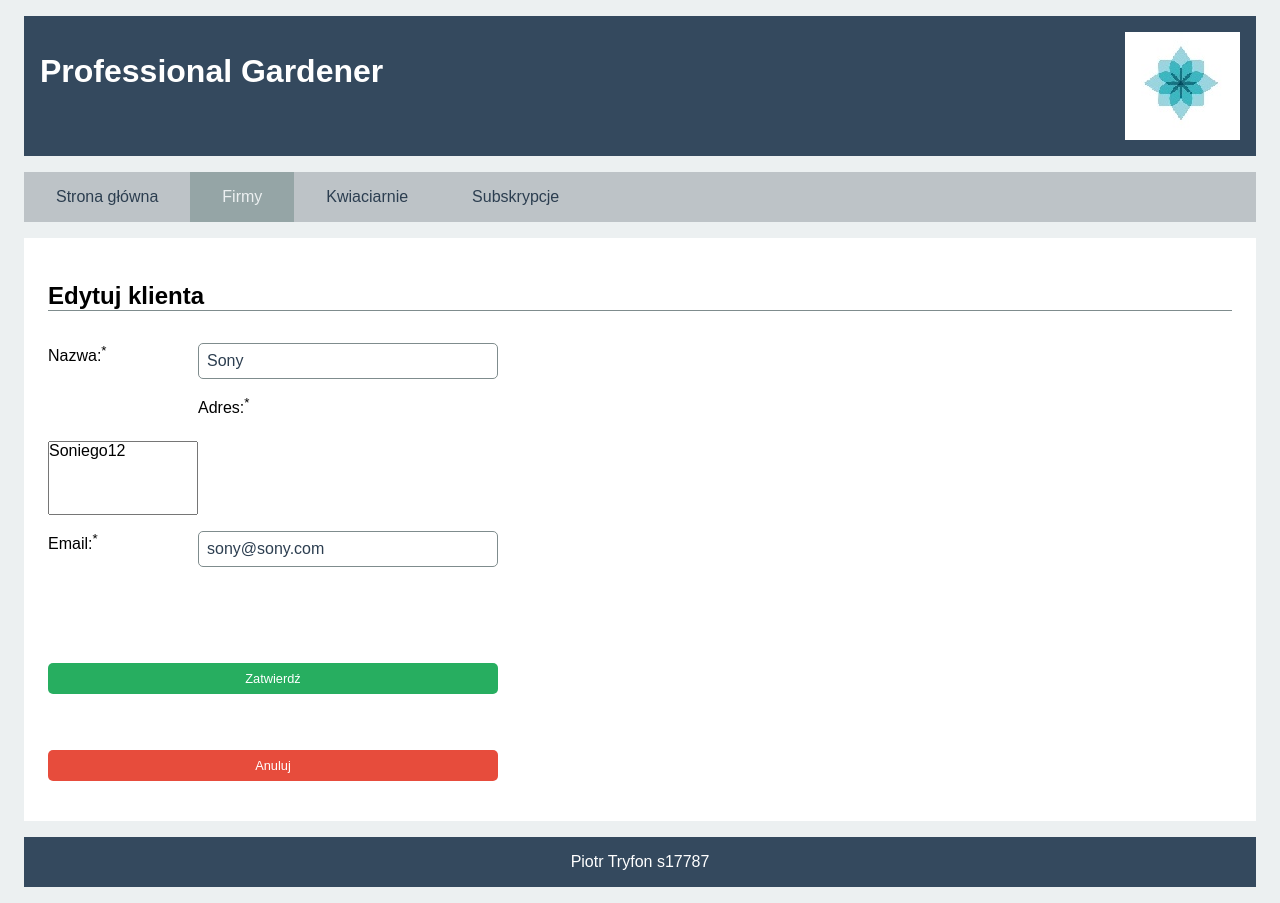
Repository: s17787/TIN
Page: tin_zaoczne_12_s17787_html-css/pages/client-edit.html
These files come from the project's save history. The page is drawn as it stood at one moment and after the next save; the edit follows.
The browser window is 1280 px wide. The pictures show the whole page.

Above is the page before, as saved 2021-01-06 08:19:43.

### tin_zaoczne_12_s17787_html-css/pages/client-edit.html
<!DOCTYPE html>
<html lang="pl-PL">
<head>
    <meta charset="UTF-8">
    <meta name="viewport" content="width=device-width, initial-scale=1.0">
    <title>Professional Gardener</title>
    <link rel="stylesheet" href="../css/style.css" type="text/css"/>
</head>
<body>
    <header>
        <h1>Professional Gardener</h1>
        <img src="../images/logo.jpg" alt="Professional Gardener">
    </header>
    <nav>
        <ul>
            <li><a href="../index.html" >Strona główna</a></li>
            <li><a href="client-list.html" class="active">Firmy</a></li>
            <li><a href="florist-list.html" >Kwiaciarnie</a></li>
            <li><a href="subscription-list.html" >Subskrypcje</a></li>
        </ul>
    </nav>
    <main>
        <h2>Edytuj klienta</h2>
        <form class="form">
            <!--<div class="form-group">-->
                <label for="Name">Nazwa:<sup>*</sup></label>
                <input type="text" name="Name" id="Name" value="Sony"/>
                <span id="errorName" class="errors-text"></span>
            <!--</div>-->
            <!--<div class="form-group">-->
                <label for="Adres">Adres:<sup>*</sup></label>
                <textarea type="text" name="Adres" id="Adres" rows="4" cols="10" style="resize: none;">Soniego12</textarea>
                <span id="errorAddress" class="errors-text"></span>
            <!--</div>-->
            <!--<div class="form-group">-->
                <label for="email">Email:<sup>*</sup></label>
                <input type="email" name="email" id="email" value="sony@sony.com"/>
                <span id="errorEmail" class="errors-text"></span>
            <!--</div>-->
            <!--<div class="form-group">-->
                <p id="errorsSummary" class="errors-text"></p>
                <p><a href="client-details.html" class="form-button-submit" >Zatwierdź</a></p>
                <p><a href="client-details.html" class="form-button-cancel" >Anuluj</a></p>
            <!--</div>-->
        </form>
    </main>
    <footer>
        Piotr Tryfon s17787
    </footer>
</body>
</html>

### tin_zaoczne_12_s17787_html-css/css/style.css
html {
    background-color: #ecf0f1;
    font-family: sans-serif;
}

body {
    min-width: 360px;
  }

header,
main,
footer {
    background-color: white;
}

header,
main,
footer,
nav {
    margin: 1rem;
}

header,
footer {
    background-color: #34495e;
    color: white;
    padding: 1rem;
}

header {
    display: flex;
    justify-content: space-between;
}

nav {
    background-color: #bdc3c7;
}

nav ul {
    display: flex;
    padding: 0;
    list-style-type: none;
}

nav ul li a {
    display: inline-block;
    color: #2c3e50;
    padding: 1rem 2rem;
    text-decoration: none;
}

nav ul li a:hover {
    background-color: #d35400;
    color: #ecf0f1;
}

nav ul li a.active {
    background-color: #95a5a6;
    color: #ecf0f1;
}

main {
    padding: 1.5rem;
}

footer {
    text-align: center;
}

main h2 {
    border-bottom: 1px solid #7f8c8d;
    margin-bottom: 2rem;
}

.table-list {
    border-collapse: collapse;
    color:#2c3e50;
    width: 100%;
}

.table-list,
.table-list th,
.table-list td {
    border: 1px solid #bdc3c7;
}

.table-list th,
.table-list td {
    padding: 0.5rem;
}

.table-list th,
.table-list tbody tr:nth-child(even) {
    background-color: #ecf0f1;
}

.list-actions {
    margin: 0;
    text-align: center;
    list-style-type: none;
    padding: 0;
}

.list-actions li {
    display: inline-block;
}

.list-actions-button-details,
.list-actions-button-edit,
.list-actions-button-delete {
    display: inline-block;
    width: 75px;
    padding: 0.25rem 0.5rem;
}

.list-actions-button-details,
.list-actions-button-edit,
.list-actions-button-delete,
.button-add,
.form-button-submit,
.form-button-cancel {
    border: none;
    border-radius: 5px;
    color: white;
    text-decoration: none;
    text-align: center;
    font-size: 0.8rem;
}

.list-actions-button-details,
.list-actions-button-edit {
    margin-right: 1rem;
}

.list-actions-button-details {
    background-color: #2980b9;
}
.list-actions-button-details:hover {
    background-color: #3498db;
}

.list-actions-button-edit {
    background-color: #f39c12;
}

.list-actions-button-edit:hover {
    background-color: #f1c40f;
}

.form-button-cancel,
.list-actions-button-delete {
    background-color: #c0392b;
}

.form-button-cancel,
.list-actions-button-delete:hover {
    background-color: #e74c3c;
}

.button-add,
.form-button-submit,
.form-button-cancel {
    padding: 0.5rem 1rem;
}

.button-add,
.form-button-submit {
    background-color: #27ae60;
}

.button-add:hover,
.form-button-submit:hover {
    background-color: #2ecc71;
}

button,
input,
select,
textarea {
    font-family: inherit;
    font-size: 100%;
    box-sizing: border-box;
    padding: 0; margin: 0;
}

textarea {
    overflow: auto;
}

.form {
    display: grid;
    grid-template-columns: 150px 300px;
    row-gap: 1rem;
}

.form select,
.form input[type="text"],
.form input[type="number"],
.form input[type="date"],
.form input[type="email"] {
    border: 1px solid #7f8c8d;
    color:#2c3e50;
    border-radius: 5px;
    padding: 0.5rem;
    width: 100%;
}

.form label {
    display: block;
    margin-bottom: 0.5em;
}

.form-group {
    margin-bottom: 1rem;
}

abbr[title='required'] {
    color: #c0392b;
}

.form p {
    grid-column-start: 1;
    grid-column-end: -1;
}

.form-button-submit,
.form-button-cancel {
    width: 100%;
}

.form-button-submit,
.form-button-cancel {
    box-sizing: border-box;
    display: block;
}

.form-button-submit {
    margin-bottom: 0.5rem;
}

@media all and (max-width:720px) {
    header {
        flex-direction: column;
    }

    header h1 {
        text-align: center;
    }

    header img {
        align-self: center;
    }
}

@media all and (max-width: 400px) {
    body,
    nav,
    nav ul,
    header,
    main,
    footer {
        margin: 0;
    }
}

@media all and (max-width:720px) {
    nav ul {
        flex-wrap: wrap;
    }

    nav ul li {
        flex-basis: 50%;
        text-align: center;
    }

    nav ul li a {
        display: block;
    }
}

@media all and (max-width: 400px) {
    nav ul li {
        flex-basis: 100%;
    }
}

@media all and (max-width: 720px) {
    .form {
        grid-template-columns: 1fr;
        row-gap:unset;
        margin-left: unset;
    }

    .form input[type="text"],
    .form input[type="number"],
    .form input[type="date"],
    .form select {
        margin-bottom: 1rem;
    }
}

After the next save:
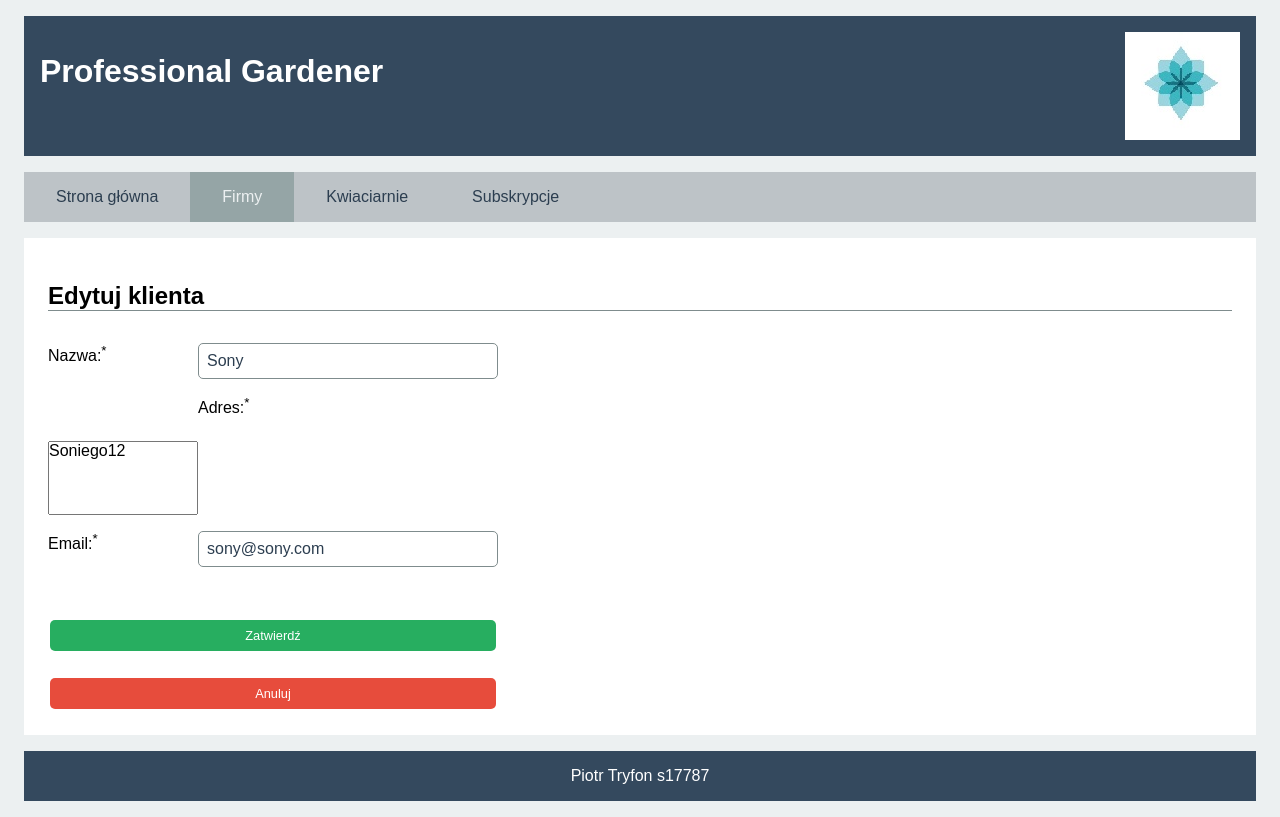
Saved 2 min 53 s later.
--- a/tin_zaoczne_12_s17787_html-css/css/style.css
+++ b/tin_zaoczne_12_s17787_html-css/css/style.css
@@ -221,6 +221,7 @@ abbr[title='required'] {
 .form p {
     grid-column-start: 1;
     grid-column-end: -1;
+    margin: 0.1em;
 }
 
 .form-button-submit,
